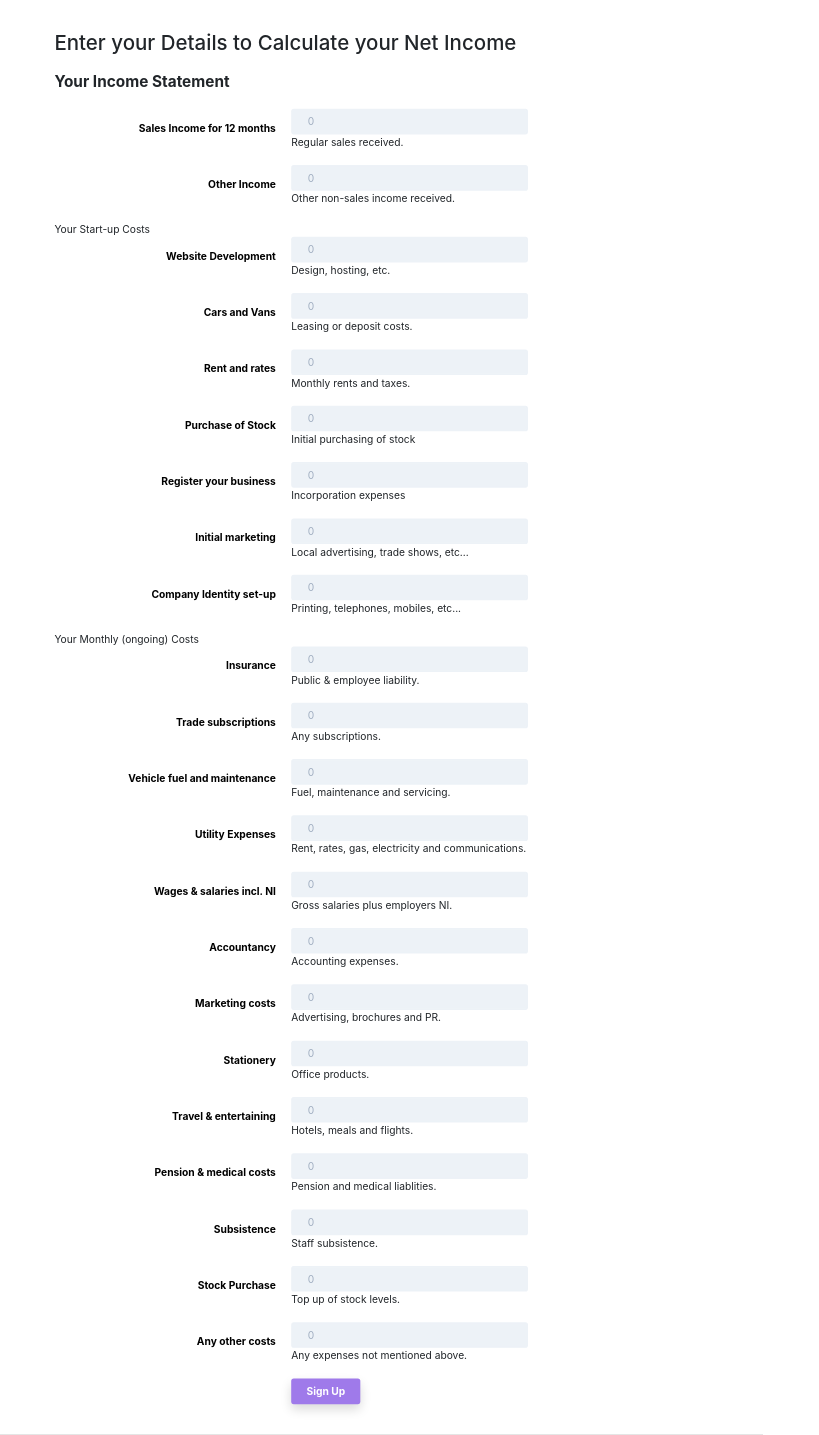
Repository: latenightsnacc/Financial-Forecast
Page: financial-forecast.html
These files come from the project's save history. The page is drawn as it stood at one moment and after the next save; the edit follows.
The browser window is 1280 px wide. The pictures show the whole page, at 64% of full size.

Above is the page before, as saved 2020-11-15 14:45:21.

After the next save:
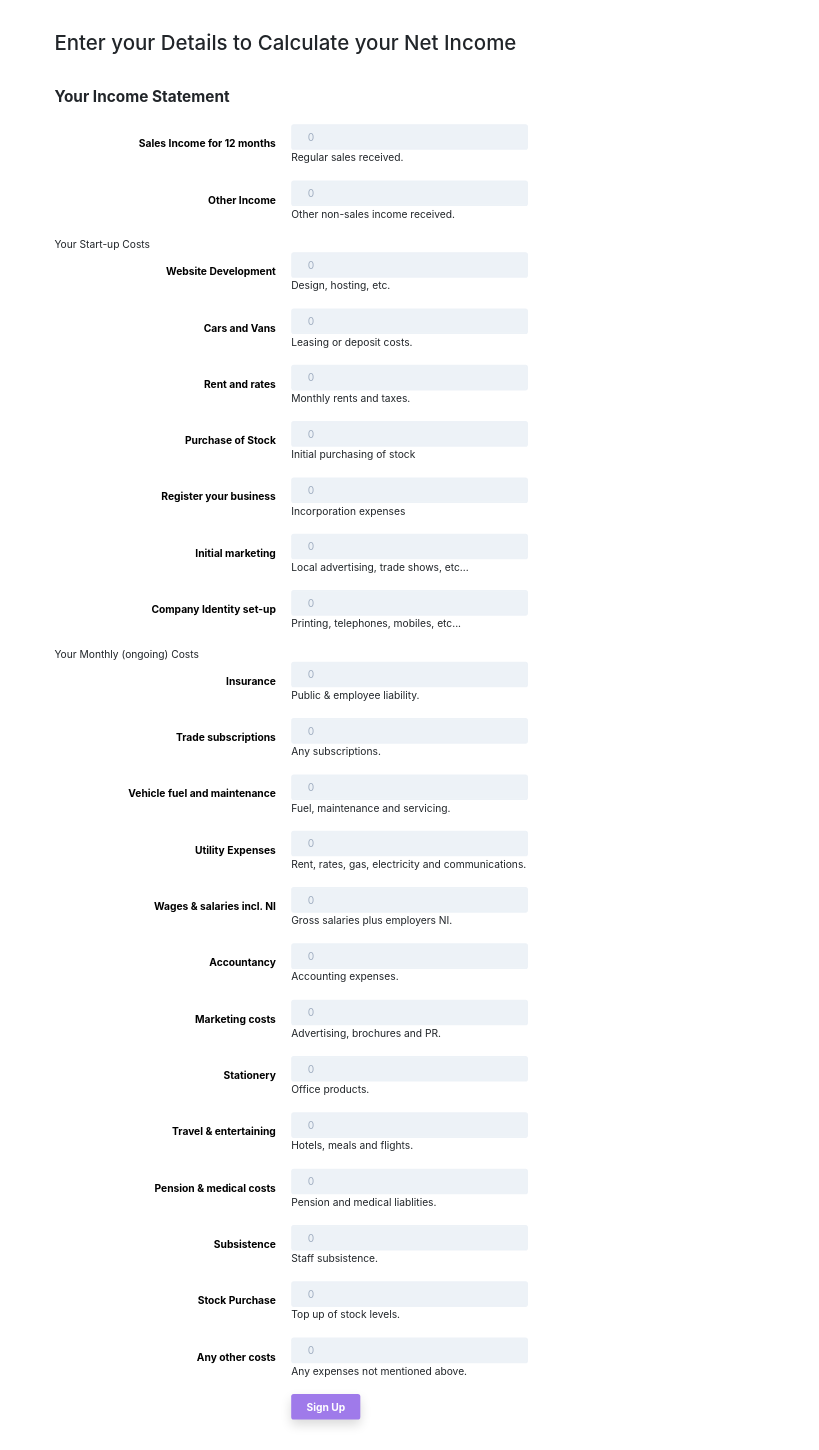
Saved 16 s later.
--- a/financial-forecast.html
+++ b/financial-forecast.html
@@ -24,7 +24,7 @@
             <!--FORM-->
             <form class="w-full max-w-none">
             <!--NET INCOME-->
-                <div class="font-bold text-2xl mt-4 mb-6">Your Income Statement</div>
+                <div class="font-bold text-2xl mt-5 mb-6">Your Income Statement</div>
                 <!--Sales Income-->
                 <div class="md:flex md:items-center mb-6">
                   <div class="md:w-1/3">
